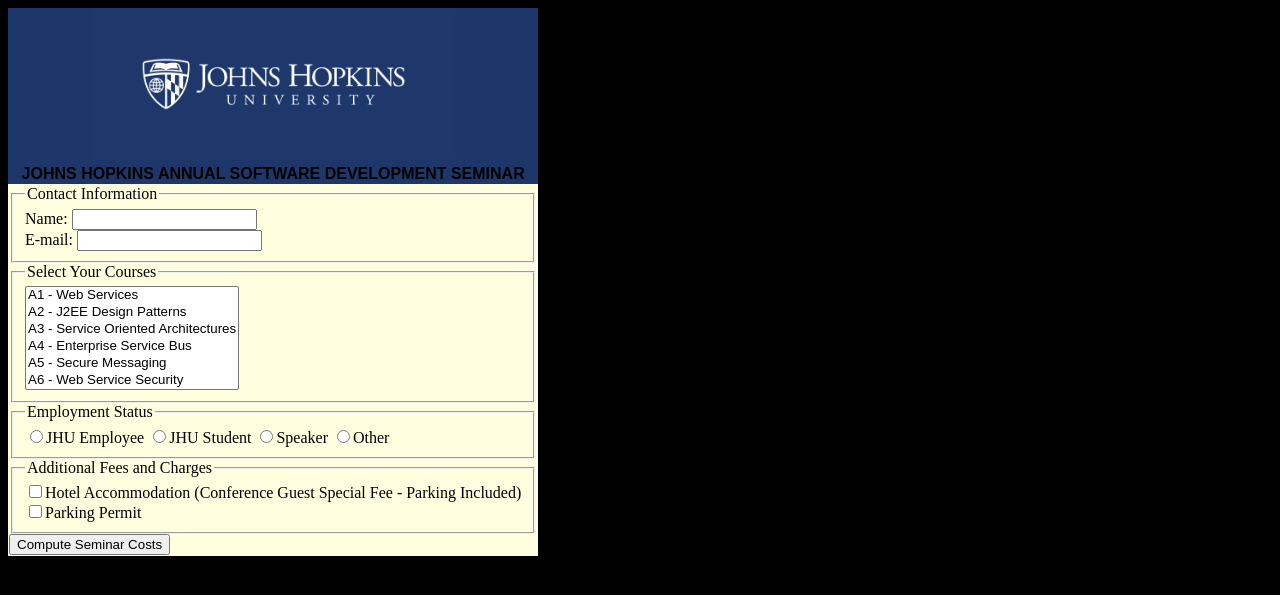
Repository: justinjwk/eclipse-workspace
Page: Homework2/WebContent/index.html
An editor plug-in stored every save of this project. The page is shown before and after the next save, followed by the edit.
The browser window is 1280 px wide. The pictures show the whole page.

Above is the page before, as saved 2019-06-12 03:11:38.

### Homework2/WebContent/index.html
<!DOCTYPE html>
<html>
<head>
<meta charset="UTF-8">
<link rel="stylesheet" href="./jkim342.css">
<title>JHU Annual Software Development Seminar</title>
</head>
<body>
	<table>
		<tr>
			<th><img src="jhu_logo.png" height=150></th>
		</tr>
		<tr>
			<th>JOHNS HOPKINS ANNUAL SOFTWARE DEVELOPMENT SEMINAR</th>
		</tr>
		<tr>
			<td>
				<form>
					<fieldset>
						<legend>Contact Information</legend>
						Name: <input type="name" name="name" required><br>
						E-mail: <input type="email" name="email" required><br>
					</fieldset>

					<fieldset>
						<legend>Select Your Courses</legend>
						<select name="course" size="6" multiple required>
							<option value="A1">A1 - Web Services</option>
							<option value="A2">A2 - J2EE Design Patterns</option>
							<option value="A3">A3 - Service Oriented Architectures</option>
							<option value="A4">A4 - Enterprise Service Bus</option>
							<option value="A5">A5 - Secure Messaging</option>
							<option value="A6">A6 - Web Service Security</option>
						</select>
					</fieldset>

					<fieldset>
						<legend>Employment Status</legend>
						<input type="radio" name="employmentstatus" value="employee"
							required>JHU Employee <input type="radio"
							name="employmentstatus" value="student">JHU Student <input
							type="radio" name="employmentstatus" value="speaker">Speaker
						<input type="radio" name="employmentstatus" value="ohter">Other
					</fieldset>

					<fieldset>
						<legend>Additional Fees and Charges</legend>
						<input type="checkbox" name="hotel">Hotel Accommodation
						(Conference Guest Special Fee - Parking Included)<br> <input
							type="checkbox" name="parking">Parking Permit
					</fieldset>

					<input type="submit" value="Compute Seminar Costs"> <input
						type="hidden" name="action" value="register">
				</form>
			</td>
		</tr>
	</table>

</body>
</html>

### Homework2/WebContent/jkim342.css
@charset "UTF-8";
body {
	background-color: black;
}
table {
	border-collapse: collapse;
	background-color: #FFFFE0;
}

td {
	text-align: left;
}

th {
	text-algin: center;
	font-family: Arial;
	background-color: #1e376b;
}

After the next save:
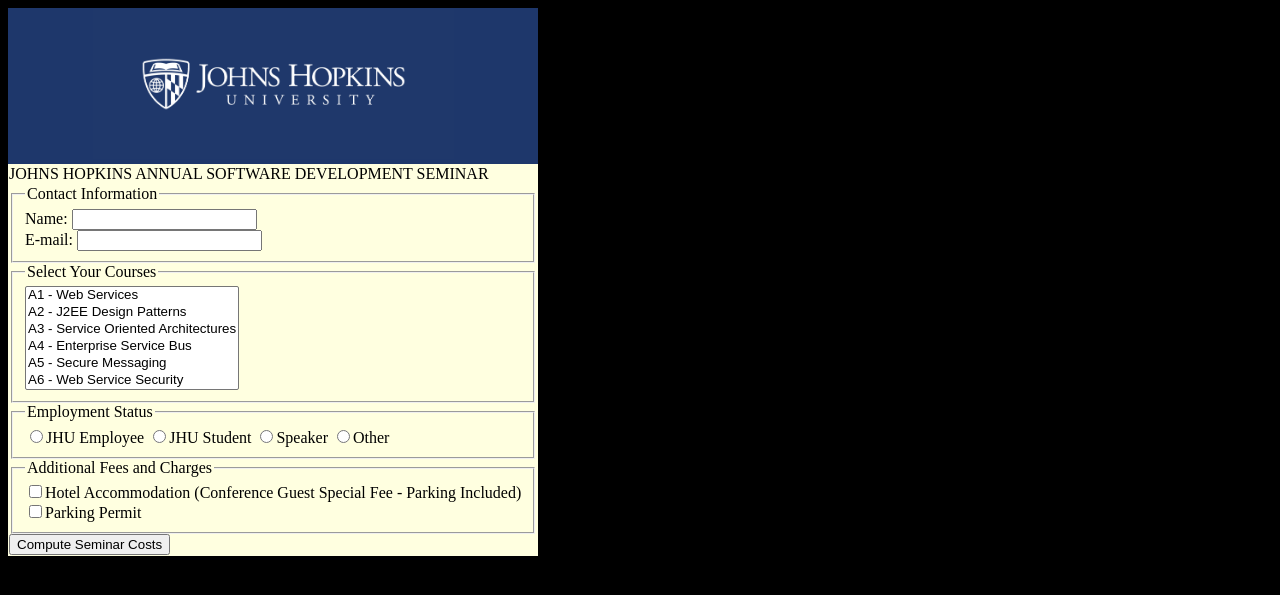
Saved 31 s later.
--- a/Homework2/WebContent/index.html
+++ b/Homework2/WebContent/index.html
@@ -11,7 +11,7 @@
 			<th><img src="jhu_logo.png" height=150></th>
 		</tr>
 		<tr>
-			<th>JOHNS HOPKINS ANNUAL SOFTWARE DEVELOPMENT SEMINAR</th>
+			<td>JOHNS HOPKINS ANNUAL SOFTWARE DEVELOPMENT SEMINAR</td>
 		</tr>
 		<tr>
 			<td>
